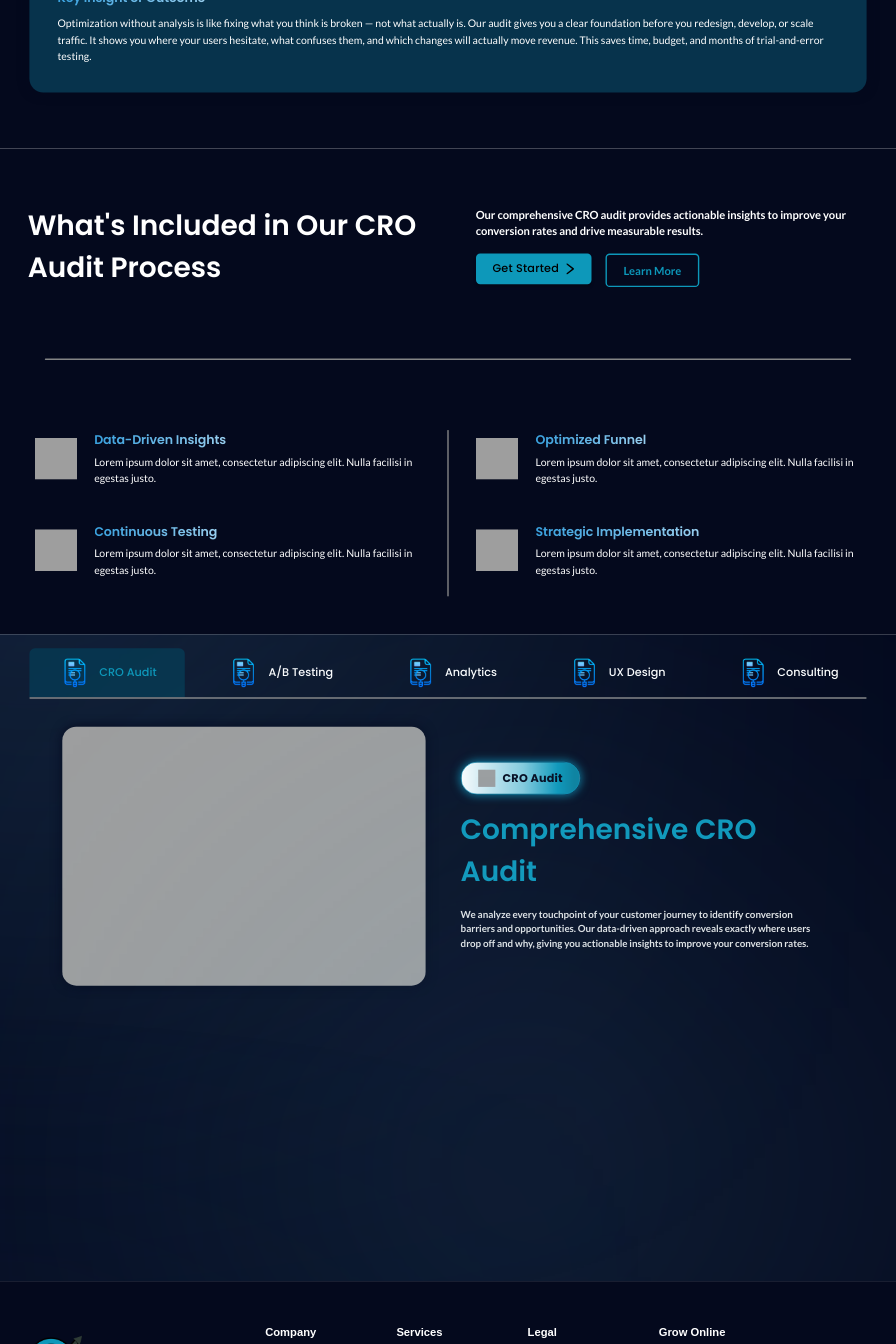
Repository: YahyaK01/kinseb
Page: /services
An editor plug-in stored every save of this project. The page is shown before and after the next save, followed by the edit.
The browser window is 1280 px wide. The pictures show the part of the page from y = 1493 to 3413 px (the page is 3757 px tall), at 70% of full size.
Pictures or frames that could not be fetched are drawn as grey boxes. The project was rebuilt for these pictures with package versions that can differ from the ones it lists, and the page was loaded fresh each time. Also part of the build but not shown: src/components/FAQ.js, src/components/CTA.jsx, src/components/MetricsSection.jsx, src/components/WhyCROMatter.jsx, src/components/Processsection.jsx, src/components/Hero.jsx, src/components/CEO.jsx, src/components/Testimonia.jsx and 14 more.

Above is the page before, as saved 2025-12-05 18:35:30.

### public/index.html
<!DOCTYPE html>
<html lang="en">
  <head>
    <meta charset="utf-8" />
    <link rel="icon" href="/images/website-logo.png" />
    <meta name="viewport" content="width=device-width, initial-scale=1" />
    <meta name="theme-color" content="#000000" />
    <meta
      name="description"
      content="Kinseb CRO - Your trusted partner for Conversion Rate Optimization. We specialize in data-driven CRO strategies, A/B testing, user experience optimization, and conversion funnel analysis to maximize your website's performance and ROI."
    />
    <meta name="keywords" content="conversion rate optimization, CRO services, A/B testing, conversion funnel optimization, user experience optimization, website optimization, Kinseb CRO, landing page optimization, conversion strategy, increase conversions" />
    <meta name="author" content="Kinseb CRO" />
    <meta property="og:title" content="Kinseb CRO - Conversion Rate Optimization Experts" />
    <meta property="og:description" content="Your trusted partner for data-driven Conversion Rate Optimization. We help businesses maximize their website conversions through strategic testing and optimization." />
    <meta property="og:image" content="/images/website-logo.png" />
    <meta property="og:type" content="website" />
    <meta name="twitter:card" content="summary_large_image" />
    <meta name="twitter:title" content="Kinseb CRO - Conversion Rate Optimization Experts" />
    <meta name="twitter:description" content="Your trusted partner for data-driven Conversion Rate Optimization. Turn more visitors into customers with strategic testing and optimization." />
    <meta name="twitter:image" content="/images/logo.png" />
    <link rel="apple-touch-icon" href="/images/logo.png" />

    <!-- Preconnect to Google Fonts (speeds up font loading) -->
    <link rel="preconnect" href="https://fonts.googleapis.com">
    <link rel="preconnect" href="https://fonts.gstatic.com" crossorigin>

    <!-- Async load fonts (non-blocking - won't delay page render) -->
    <link rel="preload" as="style" href="https://fonts.googleapis.com/css2?family=Poppins:wght@300;400;500;600;700&display=swap" onload="this.onload=null;this.rel='stylesheet'">
    <link rel="preload" as="style" href="https://fonts.googleapis.com/css2?family=Lato:wght@100;300;400;700;900&display=swap" onload="this.onload=null;this.rel='stylesheet'">

    <!-- Fallback for browsers without JavaScript -->
    <noscript>
      <link rel="stylesheet" href="https://fonts.googleapis.com/css2?family=Poppins:wght@300;400;500;600;700&display=swap">
      <link rel="stylesheet" href="https://fonts.googleapis.com/css2?family=Lato:wght@100;300;400;700;900&display=swap">
    </noscript>

    <!--
      manifest.json provides metadata used when your web app is installed on a
      user's mobile device or desktop. See https://developers.google.com/web/fundamentals/web-app-manifest/
    -->
    <link rel="manifest" href="%PUBLIC_URL%/manifest.json" />
    <!--
      Notice the use of %PUBLIC_URL% in the tags above.
      It will be replaced with the URL of the `public` folder during the build.
      Only files inside the `public` folder can be referenced from the HTML.

      Unlike "/favicon.ico" or "favicon.ico", "%PUBLIC_URL%/favicon.ico" will
      work correctly both with client-side routing and a non-root public URL.
      Learn how to configure a non-root public URL by running `npm run build`.
    -->
    <title>Kinseb CRO - Conversion Rate Optimization Experts</title>
  </head>
  <body>
    <noscript>You need to enable JavaScript to run this app.</noscript>
    <div id="root"></div>
    <!--
      This HTML file is a template.
      If you open it directly in the browser, you will see an empty page.

      You can add webfonts, meta tags, or analytics to this file.
      The build step will place the bundled scripts into the <body> tag.

      To begin the development, run `npm start` or `yarn start`.
      To create a production bundle, use `npm run build` or `yarn build`.
    -->
  </body>
</html>

### src/components/marquee.jsx
import React, { useEffect, useState } from 'react';

const TrustedBrands = () => {
  const [windowWidth, setWindowWidth] = useState(window.innerWidth);
  const [isPaused, setIsPaused] = useState(false);

  useEffect(() => {
    const handleResize = () => setWindowWidth(window.innerWidth);
    window.addEventListener('resize', handleResize);
    return () => window.removeEventListener('resize', handleResize);
  }, []);

  const brands = [
    { name: 'Brand 1', logo: '/images/8.png' },
    { name: 'Brand 2', logo: '/images/9.png' },
    { name: 'Brand 3', logo: '/images/10.png' },
    { name: 'Brand 4', logo: '/images/11.png' },
    { name: 'Brand 5', logo: '/images/12.png' },
  ];

  // Duplicate brands for seamless loop
  const duplicatedBrands = [...brands, ...brands, ...brands];

  const containerStyle = {
    display: 'flex',
    flexDirection: 'column',
    justifyContent: 'center',
    alignItems: 'center',
    padding: windowWidth < 768 ? '40px 0' : '50px 0',
    width: '100%',
    minHeight: windowWidth < 768 ? 'auto' : '228px',
    background: '#04091D',
    overflow: 'hidden',
    boxSizing: 'border-box',
  };

  const innerContainerStyle = {
    display: 'flex',
    flexDirection: 'column',
    alignItems: 'center',
    gap: windowWidth < 768 ? '24px' : '32px',
    width: '100%',
    maxWidth: '100%',
    overflow: 'hidden',
  };

  const titleStyle = {
    fontFamily: "'Lato', -apple-system, BlinkMacSystemFont, 'Segoe UI', sans-serif",
    fontWeight: 600,
    fontSize: windowWidth < 480 ? '16px' : '18px',
    lineHeight: '24px',
    textAlign: 'center',
    color: '#FDFFFA',
    margin: 0,
    padding: '0 16px',
  };

  const marqueeContainerStyle = {
    width: '100%',
    overflow: 'hidden',
    position: 'relative',
    maskImage: 'linear-gradient(to right, transparent, black 10%, black 90%, transparent)',
    WebkitMaskImage: 'linear-gradient(to right, transparent, black 10%, black 90%, transparent)',
  };

  const marqueeStyle = {
    display: 'flex',
    flexDirection: 'row',
    alignItems: 'center',
    gap: windowWidth < 480 ? '20px' : '40px',
    animation: isPaused ? 'none' : 'marquee 30s linear infinite',
    width: 'max-content',
    willChange: 'transform',
  };

  const cardStyle = {
    display: 'flex',
    flexDirection: 'row',
    justifyContent: 'center',
    alignItems: 'center',
    padding: windowWidth < 480 ? '12px 20px' : '16px 30px',
    minWidth: windowWidth < 480 ? '140px' : '180px',
    height: windowWidth < 480 ? '60px' : '72px',
    background: 'transparent',
    flexShrink: 0,
    cursor: 'pointer',
    transition: 'transform 0.3s ease',
  };

  const logoStyle = {
    width: windowWidth < 480 ? '80px' : windowWidth < 768 ? '100px' : '120px',
    height: 'auto',
    maxHeight: windowWidth < 480 ? '50px' : '60px',
    objectFit: 'contain',
    transition: 'transform 0.3s ease',
  };

  const keyframesStyle = `
    @keyframes marquee {
      0% {
        transform: translateX(0);
      }
      100% {
        transform: translateX(-33.333%);
      }
    }
  `;

  return (
    <>
      <style>{keyframesStyle}</style>
      <div style={containerStyle}>
        <div style={innerContainerStyle}>
          <h2 style={titleStyle}>Trusted by Leading Brands</h2>

          <div style={marqueeContainerStyle}>
            <div style={marqueeStyle}>
              {duplicatedBrands.map((brand, index) => (
                <div
                  key={index}
                  style={cardStyle}
                  onMouseEnter={() => setIsPaused(true)}
                  onMouseLeave={() => setIsPaused(false)}
                >
                  <img
                    src={brand.logo}
                    alt={brand.name}
                    style={logoStyle}
                  />
                </div>
              ))}
            </div>
          </div>
        </div>
      </div>
    </>
  );
};

export default TrustedBrands;

### src/components/ServiceTabSection.jsx
import React, { useEffect, useRef, useState } from 'react';

const ServiceTabSection = () => {
  const [isVisible, setIsVisible] = useState(false);
  const [activeTab, setActiveTab] = useState(0);
  const sectionRef = useRef(null);
  const contentAreaRef = useRef(null);

  useEffect(() => {
    const observer = new IntersectionObserver(
      ([entry]) => {
        if (entry.isIntersecting && !isVisible) {
          setIsVisible(true);

          setTimeout(() => {
            if (contentAreaRef.current) {
              contentAreaRef.current.scrollIntoView({
                behavior: 'smooth',
                block: 'start',
                inline: 'nearest'
              });
            }
          }, 100);
        }
      },
      {
        threshold: 0.1,
        rootMargin: '0px'
      }
    );

    if (sectionRef.current) {
      observer.observe(sectionRef.current);
    }

    return () => {
      if (sectionRef.current) {
        observer.unobserve(sectionRef.current);
      }
    };
  }, [isVisible]);

  // Wrapper Style
  const wrapperStyle = {
    width: '100%',
    background: '#04091D',
    position: 'relative',
    overflow: 'hidden',
  };

  // Main Container Style
  const containerStyle = {
    display: 'flex',
    flexDirection: 'column',
    justifyContent: 'center',
    alignItems: 'center',
    padding: '100px 0px',
    gap: '100px',
    maxWidth: '1440px',
    margin: '0 auto',
    width: '100%',
    position: 'relative',
    isolation: 'isolate',
  };

  // Decorative Blur Ellipses - Updated positions
  const ellipse1Style = {
    position: 'absolute',
    width: '486px',
    height: '486px',
    left: '-213px',
    top: '-187px',
    background: 'linear-gradient(263.69deg, #FFFFFF -108.11%, #3AA1DE 98.19%)',
    filter: 'blur(400px)',
    pointerEvents: 'none',
    zIndex: 0,
  };

  const ellipse2Style = {
    position: 'absolute',
    width: '280px',
    height: '280px',
    left: '-151px',
    top: '1739px',
    background: 'linear-gradient(263.69deg, #FFFFFF -108.11%, #3AA1DE 98.19%)',
    filter: 'blur(350px)',
    pointerEvents: 'none',
    zIndex: 1,
  };

  const ellipse3Style = {
    position: 'absolute',
    width: '350px',
    height: '350px',
    left: '562px',
    top: '913px',
    background: 'linear-gradient(263.69deg, #FFFFFF -108.11%, #3AA1DE 98.19%)',
    filter: 'blur(350px)',
    pointerEvents: 'none',
    zIndex: 2,
  };

  const ellipse4Style = {
    position: 'absolute',
    width: '350px',
    height: '350px',
    left: '941px',
    top: '2277px',
    background: 'linear-gradient(263.69deg, #FFFFFF -108.11%, #3AA1DE 98.19%)',
    filter: 'blur(350px)',
    pointerEvents: 'none',
    zIndex: 3,
  };

  const ellipse5Style = {
    position: 'absolute',
    width: '267px',
    height: '267px',
    left: '139px',
    top: '2319px',
    background: 'linear-gradient(263.69deg, #FFFFFF -108.11%, #3AA1DE 98.19%)',
    filter: 'blur(275px)',
    pointerEvents: 'none',
    zIndex: 4,
  };

  // Header Section Styles
  const headerContainerStyle = {
    display: 'flex',
    flexDirection: 'column',
    alignItems: 'center',
    padding: '0px',
    gap: '30px',
    width: '100%',
    maxWidth: '1440px',
    zIndex: 5,
    opacity: isVisible ? 1 : 0,
    transform: isVisible ? 'translateY(0)' : 'translateY(30px)',
    transition: 'all 0.6s cubic-bezier(0.4, 0, 0.2, 1) 0.2s',
  };

  const headerInnerStyle = {
    display: 'flex',
    flexDirection: 'column',
    justifyContent: 'center',
    alignItems: 'center',
    padding: '0px',
    isolation: 'isolate',
    width: '1236px',
    maxWidth: '100%',
  };

  const headingStyle = {
    fontFamily: "'Poppins', sans-serif",
    fontWeight: 600,
    fontSize: '40px',
    lineHeight: '64px',
    textAlign: 'center',
    letterSpacing: '-0.03em',
    textTransform: 'capitalize',
    color: '#FFFFFF',
    margin: 0,
    width: '100%',
  };

  const paragraphStyle = {
    fontFamily: "'Lato', sans-serif",
    fontWeight: 400,
    fontSize: '14px',
    lineHeight: '28px',
    textAlign: 'center',
    letterSpacing: '-0.09px',
    color: '#FFFFFF',
    margin: 0,
    maxWidth: '692px',
  };

  // Content Area Wrapper Style
  const contentAreaWrapperStyle = {
    display: 'flex',
    flexDirection: 'column',
    gap: '40px',
    width: '100%',
    zIndex: 5,
  };

  // Tabs Section Styles
  const tabsContainerStyle = {
    display: 'flex',
    flexDirection: 'column',
    justifyContent: 'center',
    alignItems: 'center',
    padding: '20px 40px 0px',
    width: '100%',
    maxWidth: '1440px',
    margin: '0 auto',
    opacity: isVisible ? 1 : 0,
    transition: 'all 0.6s cubic-bezier(0.4, 0, 0.2, 1) 0.3s',
  };

  const tabsRowStyle = {
    display: 'flex',
    flexDirection: 'row',
    justifyContent: 'space-between',
    alignItems: 'flex-start',
    padding: '0px',
    gap: '20px',
    width: '100%',
    maxWidth: '1196px',
    flexWrap: 'wrap',
  };

  const tabStyle = (isActive) => ({
    display: 'flex',
    flexDirection: 'row',
    justifyContent: 'center',
    alignItems: 'center',
    padding: '10px 30px',
    gap: '10px',
    minWidth: '200px',
    flex: '1 1 auto',
    height: '70px',
    borderRadius: '8px 8px 0px 0px',
    background: isActive ? '#07334C' : 'transparent',
    cursor: 'pointer',
    transition: 'all 0.3s ease',
    border: 'none',
  });

  const tabIconStyle = {
    width: '50px',
    height: '50px',
    flexShrink: 0,
  };

  const tabTextStyle = (isActive) => ({
    fontFamily: "'Poppins', sans-serif",
    fontWeight: 500,
    fontSize: '16px',
    lineHeight: '24px',
    color: isActive ? '#0D98BA' : '#FFFFFF',
    margin: 0,
    transition: 'all 0.3s ease',
  });

  const tabSeparatorStyle = {
    width: '100%',
    maxWidth: '1196px',
    height: '2px',
    background: '#848586',
    borderRadius: '10px',
    marginTop: '0px',
  };

  // Service Content Style
  const serviceContentStyle = {
    display: 'flex',
    flexDirection: 'column',
    justifyContent: 'center',
    alignItems: 'center',
    padding: '0px 89px',
    gap: '10px',
    width: '100%',
    maxWidth: '1440px',
    margin: '0 auto',
    zIndex: 6,
    opacity: isVisible ? 1 : 0,
    transform: isVisible ? 'translateY(0)' : 'translateY(30px)',
    transition: 'all 0.6s cubic-bezier(0.4, 0, 0.2, 1) 0.4s',
  };

  const serviceRowStyle = {
    display: 'flex',
    flexDirection: 'row',
    alignItems: 'center',
    padding: '0px 14px 0px 0px',
    gap: '50px',
    width: '100%',
    maxWidth: '1196px',
    flexWrap: 'wrap',
  };

  const serviceImageStyle = {
    width: '566px',
    height: '370px',
    maxWidth: '100%',
    backgroundSize: 'cover',
    backgroundPosition: 'center',
    boxShadow: '0px 0px 15px #04091D',
    borderRadius: '20px',
    flex: '1 1 400px',
  };

  const serviceTextContainerStyle = {
    display: 'flex',
    flexDirection: 'column',
    justifyContent: 'center',
    alignItems: 'flex-start',
    padding: '0px',
    gap: '20px',
    flex: '1 1 400px',
    minWidth: '300px',
    maxWidth: '566px',
  };

  const serviceBadgeStyle = {
    display: 'flex',
    flexDirection: 'row',
    justifyContent: 'center',
    alignItems: 'center',
    padding: '10px 24px',
    gap: '10px',
    background: 'linear-gradient(90deg, #FFFFFF 0%, #85CCDD 52.41%, #0D98BA 81.55%, #0B829F 95.26%)',
    border: '1px solid #0D94BB',
    boxShadow: '0px 0px 12px 2px rgba(13, 148, 187, 0.7)',
    borderRadius: '25px',
    cursor: 'default',
  };

  const badgeIconStyle = {
    width: '25px',
    height: '25px',
  };

  const badgeTextStyle = {
    fontFamily: "'Poppins', sans-serif",
    fontWeight: 700,
    fontSize: '16px',
    lineHeight: '24px',
    letterSpacing: '0.02em',
    color: '#04091D',
    margin: 0,
  };

  const serviceHeadingStyle = {
    fontFamily: "'Poppins', sans-serif",
    fontWeight: 600,
    fontSize: '40px',
    lineHeight: '60px',
    textTransform: 'capitalize',
    color: '#0D98BA',
    margin: 0,
  };

  const serviceDescriptionStyle = {
    fontFamily: "'Lato', sans-serif",
    fontWeight: 600,
    fontSize: '14px',
    lineHeight: '150%',
    letterSpacing: '-0.006em',
    color: '#E6E6E6',
    margin: 0,
  };

  // Tab Data
  const tabs = [
    { icon: '/image/101.png', text: 'CRO Audit' },
    { icon: '/image/101.png', text: 'A/B Testing' },
    { icon: '/image/101.png', text: 'Analytics' },
    { icon: '/image/101.png', text: 'UX Design' },
    { icon: '/image/101.png', text: 'Consulting' },
  ];

  // Service Content Data
  const services = [
    {
      badge: 'CRO Audit',
      heading: 'Comprehensive CRO Audit',
      description: 'We analyze every touchpoint of your customer journey to identify conversion barriers and opportunities. Our data-driven approach reveals exactly where users drop off and why, giving you actionable insights to improve your conversion rates.',
      image: '/path-to-service-image.jpg',
    },
    {
      badge: 'A/B Testing',
      heading: 'Strategic A/B Testing',
      description: 'Test and validate changes before full implementation. Our systematic testing approach ensures every decision is backed by data, minimizing risk and maximizing ROI on your optimization efforts.',
      image: '/path-to-service-image-2.jpg',
    },
    {
      badge: 'Analytics',
      heading: 'Advanced Analytics',
      description: 'Deep dive into your data to uncover hidden patterns and opportunities. Our analytics expertise helps you understand user behavior and make informed decisions that drive growth.',
      image: '/path-to-service-image-3.jpg',
    },
    {
      badge: 'UX Design',
      heading: 'User Experience Design',
      description: 'Create intuitive, conversion-focused designs that guide users seamlessly through your funnel. Our UX experts craft experiences that delight users while driving business results.',
      image: '/path-to-service-image-4.jpg',
    },
    {
      badge: 'Consulting',
      heading: 'CRO Consulting',
      description: 'Get expert guidance on your conversion optimization strategy. Our consultants work with your team to build sustainable optimization processes and drive long-term growth.',
      image: '/path-to-service-image-5.jpg',
    },
  ];

  return (
    <div ref={sectionRef} style={wrapperStyle}>
      {/* Decorative Blur Ellipses */}
      <div style={ellipse1Style}></div>
      <div style={ellipse2Style}></div>
      <div style={ellipse3Style}></div>
      <div style={ellipse4Style}></div>
      <div style={ellipse5Style}></div>

      <div style={containerStyle}>
        {/* Header Section */}
        <div style={headerContainerStyle}>
          <div style={headerInnerStyle}>
            <h2 style={headingStyle}>Our Services</h2>
          </div>
          <p style={paragraphStyle}>
            Comprehensive conversion rate optimization services to help you grow your business
          </p>
        </div>

        {/* Content Area Wrapper */}
        <div ref={contentAreaRef} style={contentAreaWrapperStyle}>
          {/* Tabs Section */}
          <div style={tabsContainerStyle}>
            <div style={tabsRowStyle}>
              {tabs.map((tab, index) => (
                <button
                  key={index}
                  style={tabStyle(activeTab === index)}
                  onClick={() => setActiveTab(index)}
                  onMouseEnter={(e) => {
                    if (activeTab !== index) {
                      e.currentTarget.style.background = 'rgba(7, 51, 76, 0.5)';
                    }
                  }}
                  onMouseLeave={(e) => {
                    if (activeTab !== index) {
                      e.currentTarget.style.background = 'transparent';
                    }
                  }}
                >
                  <img src={tab.icon} alt={tab.text} style={tabIconStyle} />
                  <span style={tabTextStyle(activeTab === index)}>{tab.text}</span>
                </button>
              ))}
            </div>
            <div style={tabSeparatorStyle}></div>
          </div>

          {/* Service Content */}
          <div style={serviceContentStyle}>
            <div style={serviceRowStyle}>
              <div
                style={{
                  ...serviceImageStyle,
                  backgroundImage: `url(${services[activeTab]?.image || services[0].image})`,
                }}
              ></div>
              <div style={serviceTextContainerStyle}>
                <div style={serviceBadgeStyle}>
                  <img src="/path-to-badge-icon.png" alt="badge" style={badgeIconStyle} />
                  <span style={badgeTextStyle}>
                    {services[activeTab]?.badge || services[0].badge}
                  </span>
                </div>
                <h3 style={serviceHeadingStyle}>
                  {services[activeTab]?.heading || services[0].heading}
                </h3>
                <p style={serviceDescriptionStyle}>
                  {services[activeTab]?.description || services[0].description}
                </p>
              </div>
            </div>
          </div>
        </div>
      </div>
    </div>
  );
};

export default ServiceTabSection;

Loaded but not shown: src/index.js (common file); src/index.css (common file); src/reportWebVitals.js (common file); src/components/Footer.js (596 lines, source omitted); src/App.js (30 lines, source omitted); src/Pages/ServicePage.js (20 lines, source omitted); src/components/Navbar.jsx (1589 lines, source omitted); src/components/WhyCROMattersSection.jsx (391 lines, source omitted); src/components/PainPointsSection.jsx (302 lines, source omitted); src/components/casestudieshero.jsx (294 lines, source omitted)

After the next save:
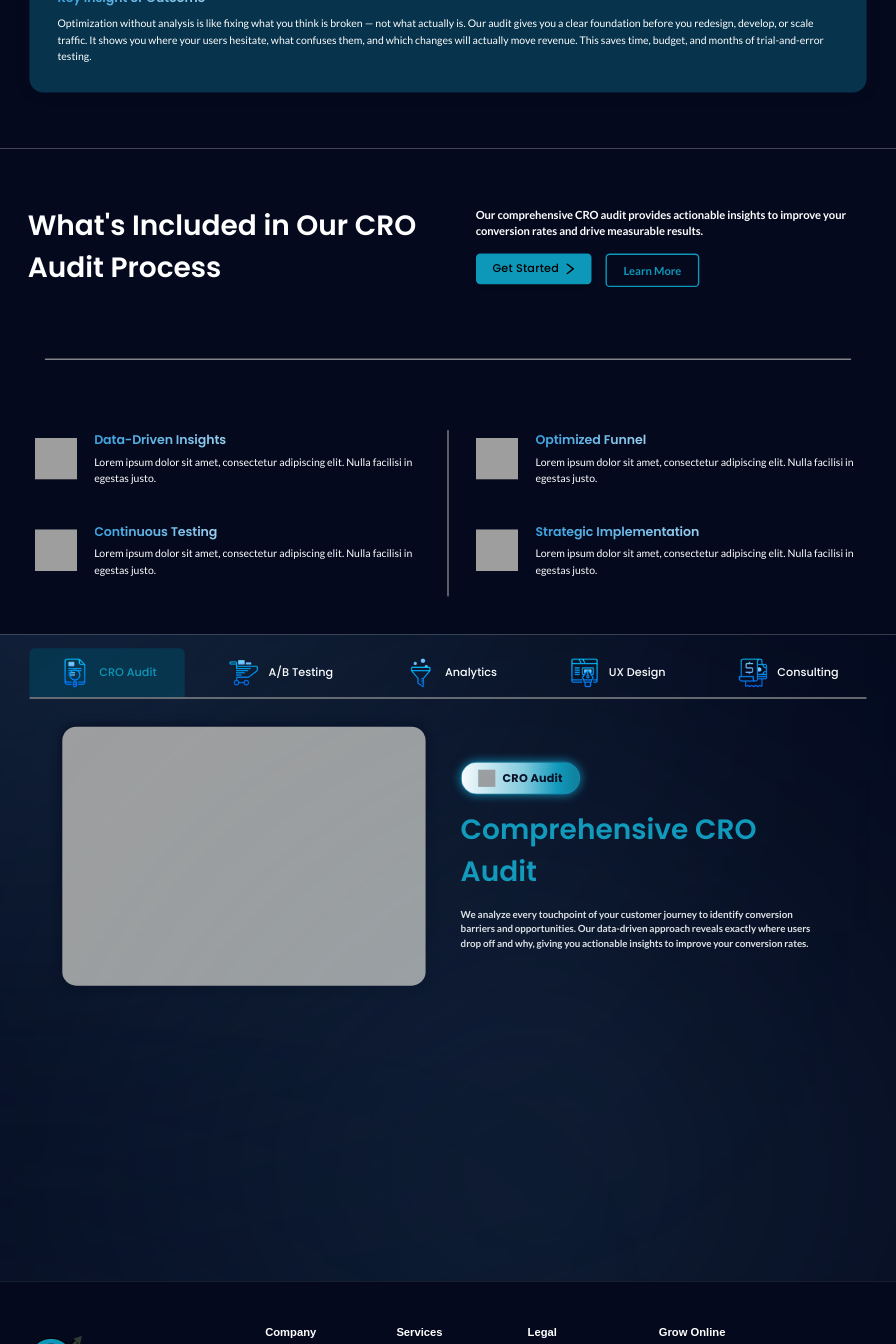
Saved 8 s later.
--- a/src/components/ServiceTabSection.jsx
+++ b/src/components/ServiceTabSection.jsx
@@ -355,10 +355,10 @@
   // Tab Data
   const tabs = [
     { icon: '/image/101.png', text: 'CRO Audit' },
-    { icon: '/image/101.png', text: 'A/B Testing' },
-    { icon: '/image/101.png', text: 'Analytics' },
-    { icon: '/image/101.png', text: 'UX Design' },
-    { icon: '/image/101.png', text: 'Consulting' },
+    { icon: '/image/102.png', text: 'A/B Testing' },
+    { icon: '/image/103.png', text: 'Analytics' },
+    { icon: '/image/104.png', text: 'UX Design' },
+    { icon: '/image/105.png', text: 'Consulting' },
   ];
 
   // Service Content Data
